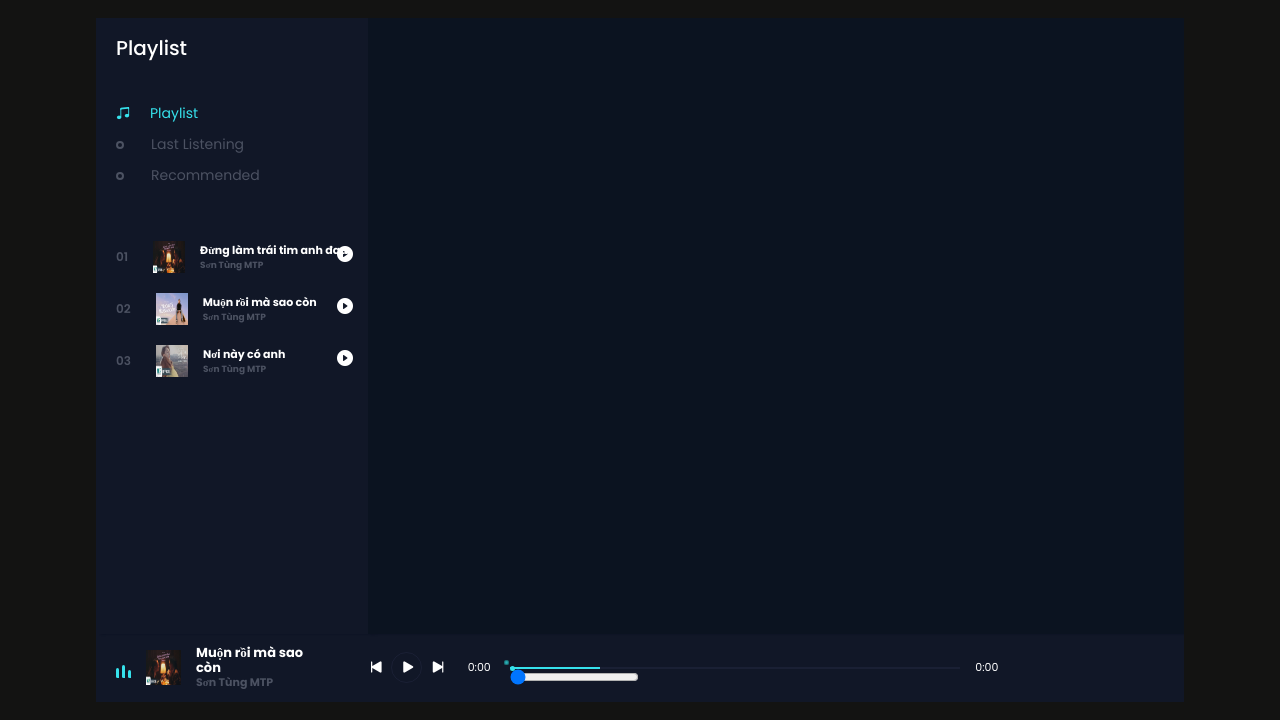
Repository: reminzuetto/Music-Website
Page: index.html
The author's editor kept a copy of each file at every save. The page is drawn from the files as they stood at one save, then again after the next save.
The browser window is 1280 px wide. The pictures show the whole page.

Above is the page before, as saved 2024-06-11 00:11:37.

### index.html
<!DOCTYPE html>
<html lang="en">
  <head>
    <meta charset="UTF-8" />
    <meta name="viewport" content="width=device-width, initial-scale=1.0" />
    <link rel="stylesheet" href="./style.css" />
    <link
      rel="stylesheet"
      href="https://cdn.jsdelivr.net/npm/bootstrap-icons@1.11.3/font/bootstrap-icons.min.css"
    />
    <title>Music Website</title>
  </head>
  <body>
    <header>
      <div class="menu_side">
        <h1>Playlist</h1>
        <div class="playlist">
          <h4 class="active">
            <span></span><i class="bi bi-music-note-beamed"></i>Playlist
          </h4>
          <h4>
            <span></span><i class="bi bi-music-note-beamed"></i>Last Listening
          </h4>
          <h4>
            <span></span><i class="bi bi-music-note-beamed"></i>Recommended
          </h4>
        </div>
        <div class="menu_song">
          <li class="songItem">
            <span>01</span>
            <img
              src="./MusicThumbnail/DungLamTraiTimAnhDau.jpg"
              alt="DungLamTraiTimAnhDau"
            />
            <h5 class="subtitle">
              Đừng làm trái tim anh đau
              <div class="subtitle">Sơn Tùng MTP</div>
            </h5>
            <i class="bi bi-play-circle-fill"></i>
          </li>
          <li class="songItem">
            <span>02</span>
            <img
              src="./MusicThumbnail/MuonRoiMaSaoCon.jpg"
              alt="MuonRoiMaSaoCon"
            />
            <h5 class="subtitle">
              Muộn rồi mà sao còn
              <div class="subtitle">Sơn Tùng MTP</div>
            </h5>
            <i class="bi bi-play-circle-fill"></i>
          </li>
          <li class="songItem">
            <span>03</span>
            <img src="./MusicThumbnail/NoiNayCoAnh.jpg" alt="NoiNayCoAnh" />
            <h5 class="subtitle">
              Nơi này có anh
              <div class="subtitle">Sơn Tùng MTP</div>
            </h5>
            <i class="bi bi-play-circle-fill"></i>
          </li>
        </div>
      </div>
      <div class="song_side"></div>
      <div class="master_play">
        <div class="wave">
          <div class="wave1"></div>
          <div class="wave1"></div>
          <div class="wave1"></div>
        </div>
        <img
          src="./MusicThumbnail/DungLamTraiTimAnhDau.jpg"
          alt="DungLamTraiTimAnhDau"
        />
        <h5 class="subtitle">
          Muộn rồi mà sao còn
          <div class="subtitle">Sơn Tùng MTP</div>
        </h5>
        <div class="icon">
          <i class="bi bi-skip-start-fill"></i>
          <i class="bi bi-play-fill"></i>
          <i class="bi bi-skip-end-fill"> </i>
        </div>
        <span class="currentStart">0:00</span>
        <div class="bar">
          <input type="range" id="seek" min="0" value="0" max="100" />
          <div class="bar2"></div>
          <div class="dot"></div>
        </div>
        <span class="currentEnd">0:00</span>
      </div>
    </header>
    <script src="./main.js"></script>
  </body>
</html>

### style.css
@import url("https://fonts.googleapis.com/css2?family=Poppins:ital,wght@0,100;0,200;0,300;0,400;0,500;0,600;0,700;0,800;0,900;1,100;1,200;1,300;1,400;1,500;1,600;1,700;1,800;1,900&display=swap");
* {
  padding: 0%;
  margin: 0%;
  box-sizing: border-box;
}

body {
  width: 100%;
  height: 100vh;
  background-color: #131312;
  font-family: "Poppins", "sans-serif";
  display: flex;
  align-items: center;
  justify-content: center;
}

header {
  width: 85%;
  height: 95%;
  /* border: 1px solid #fff; */
  display: flex;
  flex-wrap: wrap;
  overflow: hidden;
}

header .menu_side,
.song_side {
  position: relative;
  width: 25%;
  height: 90%;
  /* border: 1px solid #fff; */
  background-color: #111727;
  box-shadow: 5px 0px 2px #090f1f;
  color: #fff;
}

header .song_side {
  width: 75%;
  background: #0b1320;
}

header .master_play {
  width: 100%;
  height: 10%;
  background: #111727;
  box-shadow: 0px 3px 8px #090f1f;
}

header .menu_side h1 {
  font-size: 20px;
  margin: 15px 0px 0px 20px;
  font-weight: 500;
}

header .menu_side .playlist {
  margin: 40px 0px 0px 20px;
}
header .menu_side .playlist h4 {
  font-size: 14px;
  font-weight: 400;
  padding-bottom: 10px;
  color: #4c5262;
  cursor: pointer;
  display: flex;
  align-items: center;
  transition: 0.3 linear;
}

header .menu_side .playlist h4:hover {
  color: #fff;
}
header .menu_side .playlist h4 span {
  position: relative;
  margin-right: 35px;
}
header .menu_side .playlist h4 span::before {
  content: "";
  position: absolute;
  width: 4px;
  height: 4px;
  border: 2px solid #4c5262;
  border-radius: 50%;
  top: -4px;
  transition: 0.3s linear;
}

header .menu_side .playlist h4:hover span::before:hover {
  border: 2px solid #fff;
}

header .menu_side .playlist h4 .bi {
  display: none;
}

header .menu_side .playlist .active {
  color: #36e2ec;
}

header .menu_side .playlist .active span {
  display: none;
}

header .menu_side .playlist .active .bi {
  display: block;
  margin-right: 20px;
}

header .menu_side .menu_song {
  width: 100%;
  height: 320px;
  /* border: 1px solid #fff; */
  margin-top: 40px;
}
header .menu_side .menu_song li {
  position: relative;
  list-style: none;
  padding: 5px 0px 5px 20px;
  margin-bottom: 10px;
  cursor: pointer;
  transition: 0.3s linear;
  display: flex;
  align-items: center;
}
header .menu_side .menu_song li:hover {
  background: rgb(105, 105, 170, 0.1);
}
header .menu_side .menu_song li span {
  font-size: 12px;
  font-weight: 600;
  color: #4c5262;
}
header .menu_side .menu_song li img {
  width: 32px;
  height: 32px;
  margin-left: 25px;
}

header .menu_side .menu_song li h5 {
  font-size: 11px;
  margin-left: 15px;
}

header .menu_side .menu_song li h5 .subtitle {
  font-size: 9px;
  color: #4c5262;
}

header .menu_side .menu_song li .bi {
  position: absolute;
  right: 15px;
  top: 6px;
}

header .master_play {
  display: flex;
  align-items: center;
  padding: 0 20px;
}

header .master_play .wave {
  width: 30px;
  height: 30px;
  padding-bottom: 5px;
  display: flex;
  align-items: flex-end;
}

header .master_play .wave .wave1 {
  width: 3px;
  height: 10px;
  margin-right: 3px;
  border-radius: 10px 10px 0 10px;
  background: #36e2ec;
  animation: unset;
}

header .master_play .wave .wave1:nth-child(2) {
  /* animation-delay: 0.4s; */
  height: 13px;
}

header .master_play .wave .wave1:nth-child(3) {
  /* animation-delay: 0.8s; */
  height: 8px;
}

/* javascript wave animation class */
header .master_play .active2 .wave1 {
  animation: wave 0.5s linear infinite;
}

header .master_play .active2 .wave1:nth-child(2) {
  animation-delay: 0.4s;
}

header .master_play .active2 .wave1:nth-child(3) {
  animation-delay: 0.8s;
}
@keyframes wave {
  0% {
    height: 10px;
  }
  50% {
    height: 15px;
  }
  100% {
    height: 10px;
  }
}

header .master_play img {
  width: 35px;
  height: 35px;
}

header .master_play h5 {
  width: 130px;
  font-size: 13px;
  margin-left: 15px;
  color: #fff;
  line-height: 15px;
}

header .master_play h5 .subtitle {
  font-size: 11px;
  color: #4c5262;
}

header .master_play .icon {
  font-size: 20px;
  color: #fff;
  margin: 0 20px 0 40px;
}

header .master_play .icon .bi {
  cursor: pointer;
  outline: none;
}

header .master_play .icon .bi:nth-child(2) {
  border: 1px solid rgb(105, 105, 170, 0.1);
  border-radius: 50%;
  padding: 1px 3px 0px 6px;
  transition: 0.3 linear;
}

header .master_play span {
  width: 32px;
  font-size: 11px;
  font-weight: 400;
  color: #fff;
}

header .master_play #currentStart {
  margin: 0 0 0 20px;
}

header .master_play .bar {
  position: relative;
  width: 43%;
  height: 2px;
  background: rgb(105, 105, 170, 0.1);
  margin: 0 15px 0 10px;
}

header .master_play .bar .bar2 {
  position: absolute;
  background: #36e2ec;
  width: 20%;
  height: 100%;
  top: 0;
}

header .master_play .bar .dot {
  position: absolute;
  width: 5px;
  height: 5px;
  background: #36e2ec;
  border-radius: 50%;
  left: 0%;
  top: -1px;
  transition: 1s linear;
}

header .master_play .bar .dot::before {
  content: "";
  position: absolute;
  width: 5px;
  height: 5px;
  background: #36e2ec;
  border-radius: 50%;
  left: -6px;
  top: -6px;
  box-shadow: inset 0 0 3px;
}

Loaded but not shown: main.js (no copy from this time; the picture is the same without it)

After the next save:
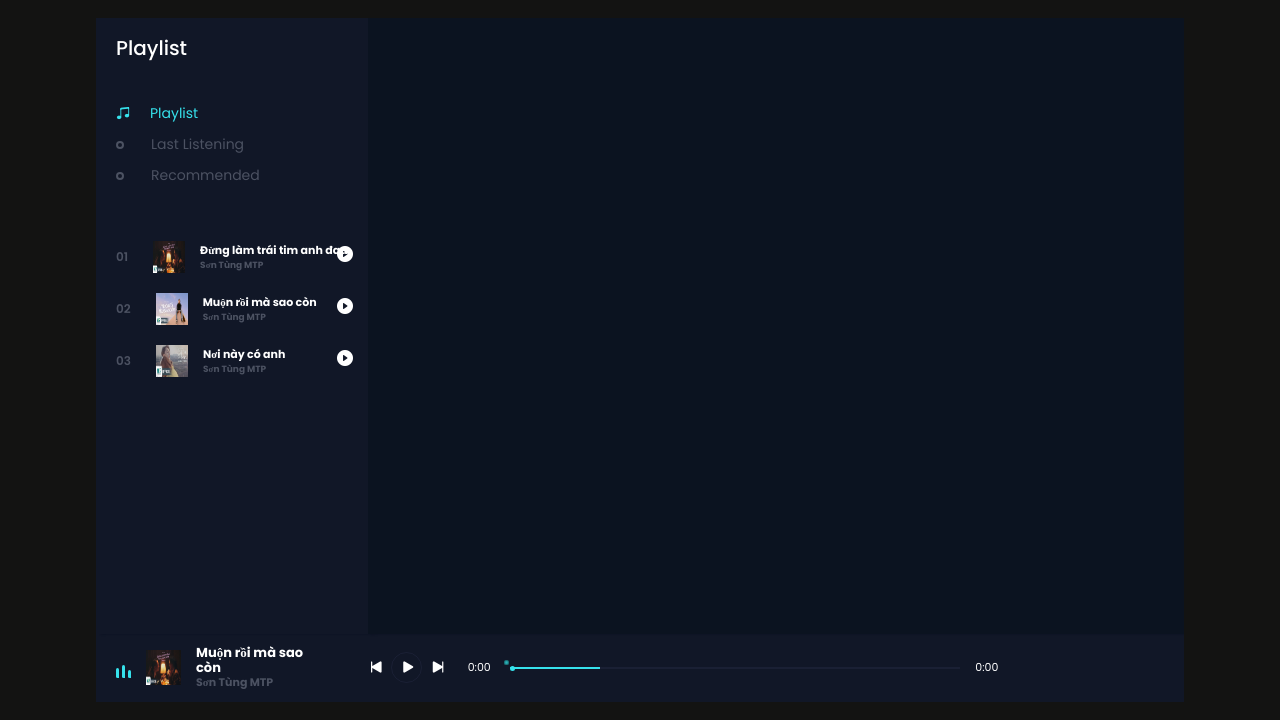
Saved 9 s later.
--- a/index.html
+++ b/index.html
@@ -83,7 +83,7 @@
         </div>
         <span class="currentStart">0:00</span>
         <div class="bar">
-          <input type="range" id="seek" min="0" value="0" max="100" />
+          <!-- <input type="range" id="seek" min="0" value="0" max="100" /> -->
           <div class="bar2"></div>
           <div class="dot"></div>
         </div>
